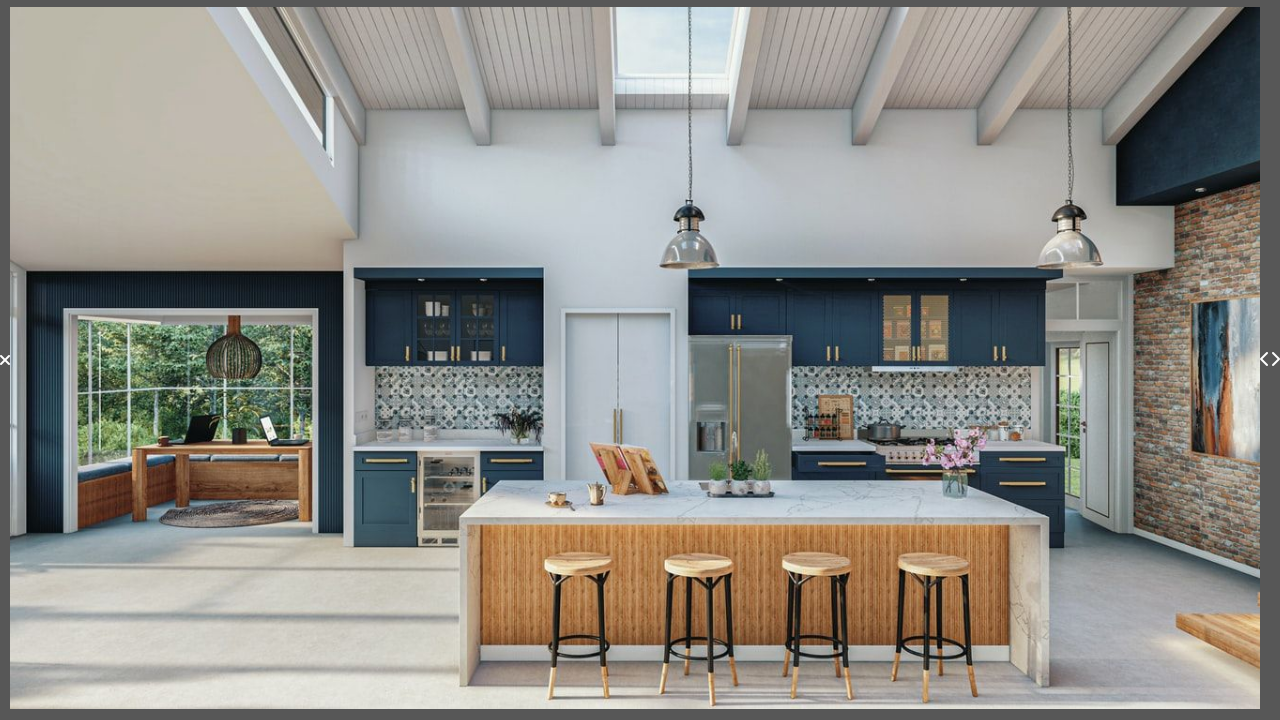
Repository: QUANGTHAI2003/images-gallery
Page: index.html
The author's editor kept a copy of each file at every save. The page is drawn from the files as they stood at one save, then again after the next save.
The browser window is 1280 px wide. The pictures show the whole page.

Above is the page before, as saved 2022-03-01 16:13:45.

### index.html
<!DOCTYPE html>
<html lang="en">
    <head>
        <meta charset="UTF-8" />
        <meta http-equiv="X-UA-Compatible" content="IE=edge" />
        <meta name="viewport" content="width=device-width, initial-scale=1.0" />
        <title>Image Gallery</title>
        <link rel="stylesheet" href="./style.css" />
        <link
            rel="stylesheet"
            href="https://cdnjs.cloudflare.com/ajax/libs/font-awesome/6.0.0/css/all.min.css"
        />
    </head>
    <body>
        <div class="wrapper">
            <div class="image">
                <img src="./img/img1.jpeg" alt="" />
            </div>
            <div class="image">
                <img src="./img/img2.jpeg" alt="" />
            </div>
            <div class="image">
                <img src="./img/img3.jpeg" alt="" />
            </div>
            <div class="image">
                <img src="./img/img4.jpeg" alt="" />
            </div>
            <div class="image">
                <img src="./img/img5.jpeg" alt="" />
            </div>
            <div class="image">
                <img src="./img/img6.jpeg" alt="" />
            </div>
            <div class="image">
                <img src="./img/img7.jpeg" alt="" />
            </div>
            <div class="image">
                <img src="./img/img8.jpeg" alt="" />
            </div>
        </div>

        <div class="gallery">
            <i class="fas fa-times"></i>
            <div class="gallery-inner">
                <img src="./img/img8.jpeg" alt="" />
            </div>
            <div class="control prev">
                <i class="fas fa-chevron-left"></i>
            </div>
            <div class="control follow">
                <i class="fas fa-chevron-right"></i>
            </div>
        </div>
    </body>
    <script src="./app.js"></script>
</html>

### style.css
* {
    margin: 0;
    padding: 0;
    box-sizing: border-box;
}

body {
    height: 100vh;
    background: #dadada;
    overflow: hidden;
    display: flex;
    justify-content: center;
    align-items: center;
}

.wrapper {
    width: 1200px;
    display: flex;
    flex-wrap: wrap;
    margin: auto;
    justify-content: space-between;
}

img {
    width: 100%;
    height: 100%;
    object-position: center;
    object-fit: cover;
    transition: 0.5s;
}

.image {
    width: 22%;
    height: 200px;
    border-radius: 4px;
    overflow: hidden;
    margin: 20px 0;
}

.image:hover img {
    transform: scale(1.2);
}

.gallery {
    position: fixed;
    width: 100%;
    height: 100%;
    background: rgba(0, 0, 0, 0.6);
    display: flex;
    justify-content: center;
    align-items: center;
    color: white;
}

.close {
    position: fixed;
    top: 15px;
    right: 25px;
    font-size: 36px;
}

Loaded but not shown: app.js (no stored copy; drawn as an empty file)

After the next save:
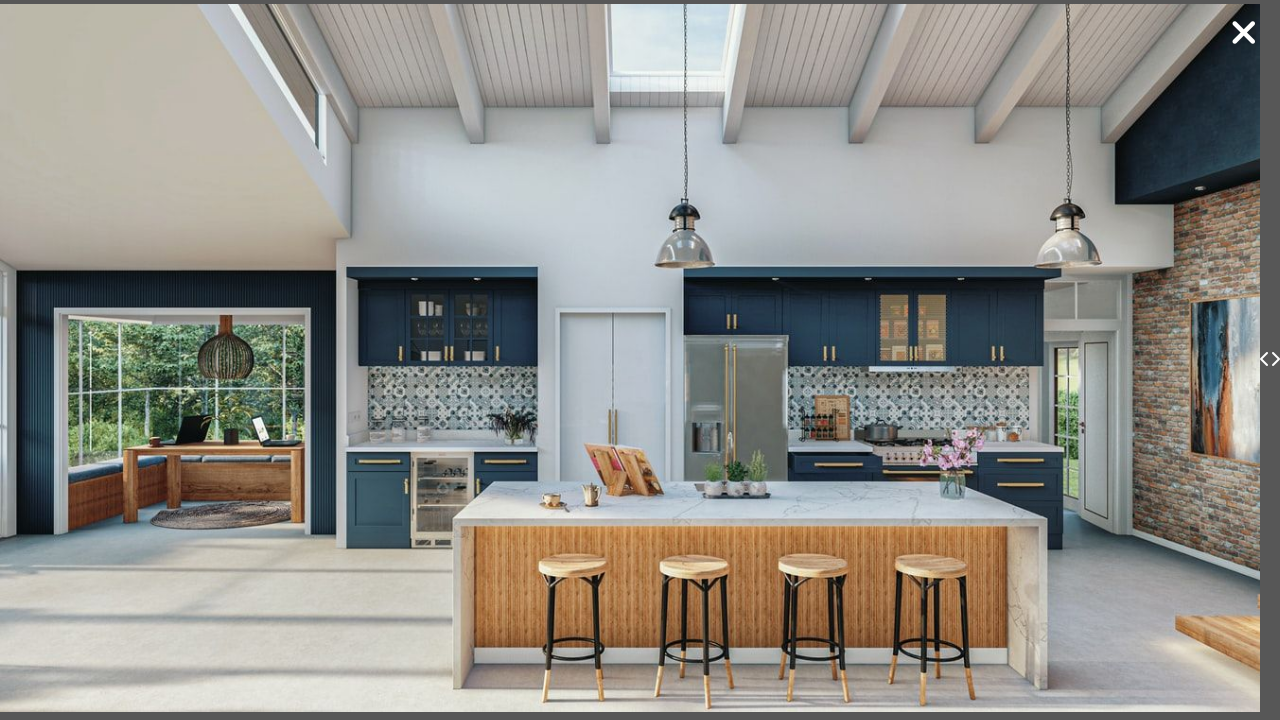
Saved 14 s later.
--- a/index.html
+++ b/index.html
@@ -40,7 +40,7 @@
         </div>
 
         <div class="gallery">
-            <i class="fas fa-times"></i>
+            <i class="fas fa-times close"></i>
             <div class="gallery-inner">
                 <img src="./img/img8.jpeg" alt="" />
             </div>
